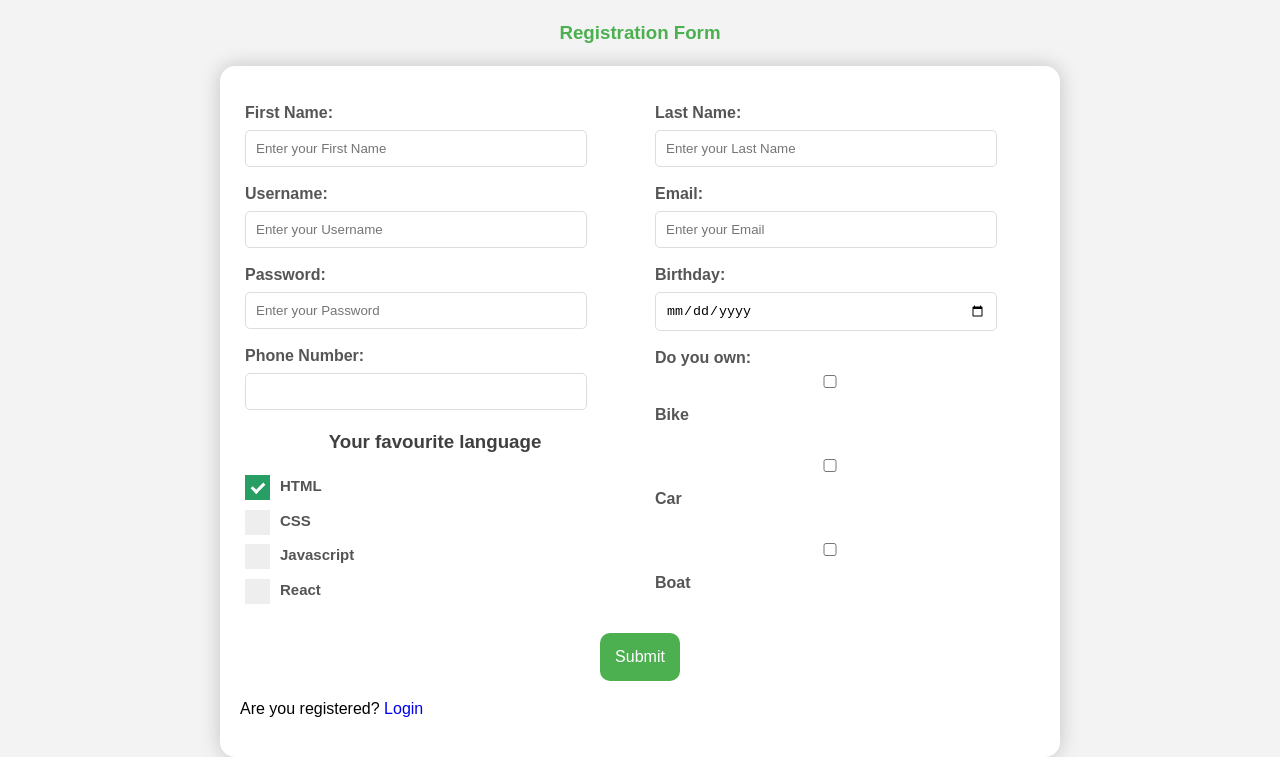
Repository: alizey12/Regestratin-Form-js
Page: regester.html
An editor plug-in stored every save of this project. The page is shown before and after a run of saves, followed by the edit.
The browser window is 1280 px wide. The pictures show the whole page.

Above is the page before, as saved 2024-11-29 18:49:14.

### regester.html
<!DOCTYPE html>
<html lang="en">
<head>
    <meta charset="UTF-8">
    <meta name="viewport" content="width=device-width, initial-scale=1.0">
    <link rel="stylesheet" href="regester.css">
    <title>Registration Form</title>
</head>
<body>
    <h3>Registration Form</h3>
    <div class="main">
        <form action="">
            <div class="grid-container">
                <div>
                    <label for="first">First Name:</label>
                    <input type="text" id="first" name="first" placeholder="Enter your First Name" required>

                    <label for="username">Username:</label>
                    <input type="text" id="username" name="username" placeholder="Enter your Username" required>

                    <label for="password">Password:</label>
                    <input type="password" id="password" name="password" placeholder="Enter your Password" required>

                    <label for="quantity">Phone Number:</label>
                    <input type="number" id="quantity" name="quantity" min="1" max="15">

                    <h3 class="heading">Your favourite language</h3>
                    <label class="container">HTML
                        <input type="checkbox" checked="checked">
                        <span class="checkmark"></span>
                      </label>

                      <label class="container">CSS
                        <input type="checkbox">
                        <span class="checkmark"></span>
                      </label>

                      <label class="container">Javascript
                        <input type="checkbox">
                        <span class="checkmark"></span>
                      </label>

                      <label class="container">React
                        <input type="checkbox">
                        <span class="checkmark"></span>
                      </label>


                </div>
                <div>
                    <label for="second">Last Name:</label>
                    <input type="text" id="second" name="second" placeholder="Enter your Last Name" required>

                    <label for="email">Email:</label>
                    <input type="email" id="email" name="email" placeholder="Enter your Email" required>

                    <label for="birthday">Birthday:</label>
                    <input type="date" id="birthday" name="birthday">

                    <label>Do you own:</label>
                    <input type="checkbox" id="vehicle1" name="vehicle1" value="Bike">
                    <label for="vehicle1">Bike</label><br>
                    <input type="checkbox" id="vehicle2" name="vehicle2" value="Car">
                    <label for="vehicle2">Car</label><br>
                    <input type="checkbox" id="vehicle3" name="vehicle3" value="Boat">
                    <label for="vehicle3">Boat</label>
                </div>
            </div>
            <div class="wrap">
                <button type="submit">Submit</button>
            </div>
        </form>
        <p>Are you registered?
            <a href="signin.html" style="text-decoration: none;">Login</a>
        </p>
    </div>
</body>
</html>

### regester.css
body {
    display: flex;
    align-items: center;
    justify-content: center;
    font-family: sans-serif;
    line-height: 1.5;
    min-height: 100vh;
    background: #f3f3f3;
    flex-direction: column;
    margin: 0;
}

.main {
    background-color: #fff;
    border-radius: 15px;
    box-shadow: 0 0 20px rgba(0, 0, 0, 0.2);
    padding: 20px;
    transition: transform 0.2s;
    width: 800px;
}

h3 {
    color: #4CAF50;
    text-align: center;
}

label {
    display: block;
    margin-top: 10px;
    margin-bottom: 5px;
    text-align: left;
    color: #555;
    font-weight: bold;
}

input {
    display: block;
    width: 90%;
    margin-bottom: 15px;
    padding: 10px;
    box-sizing: border-box;
    border: 1px solid #ddd;
    border-radius: 5px;
}

button {
    padding: 15px;
    border-radius: 10px;
    margin-top: 15px;
    border: none;
    color: white;
    cursor: pointer;
    background-color: #4CAF50;
    font-size: 16px;
}

.wrap {
    display: flex;
    justify-content: center;
    align-items: center;
}

.grid-container {
    display: grid;

    grid-template-columns: 1fr 1fr;
    gap: 20px;
}

.grid-container div {
    padding: 5px;
}


/* Customize the label (the container) */
.container {
    display: block;
    position: relative;
    padding-left: 35px;
    margin-bottom: 12px;
    cursor: pointer;
    font-size: 15px;
    -webkit-user-select: none;
    -moz-user-select: none;
    -ms-user-select: none;
    user-select: none;
  }

  /* Hide the browser's default checkbox */
  .container input {
    position: absolute;
    opacity: 0;
    cursor: pointer;
    height: 0;
    width: 0;
  }
  .heading{
    color: rgb(65, 63, 63);
  }
  /* Create a custom checkbox */
  .checkmark {
    position: absolute;
    top: 0;
    left: 0;
    height: 25px;
    width: 25px;
    background-color: #eee;
  }

  /* On mouse-over, add a grey background color */
  .container:hover input ~ .checkmark {
    background-color: #ccc;
  }

  /* When the checkbox is checked, add a blue background */
  .container input:checked ~ .checkmark {
    background-color: #279e63;
  }

  /* Create the checkmark/indicator (hidden when not checked) */
  .checkmark:after {
    content: "";
    position: absolute;
    display: none;
  }

  /* Show the checkmark when checked */
  .container input:checked ~ .checkmark:after {
    display: block;
  }

  /* Style the checkmark/indicator */
  .container .checkmark:after {
    left: 9px;
    top: 5px;
    width: 5px;
    height: 10px;
    border: solid white;
    border-width: 0 3px 3px 0;
    -webkit-transform: rotate(45deg);
    -ms-transform: rotate(45deg);
    transform: rotate(45deg);
  }

After the next 4 saves:
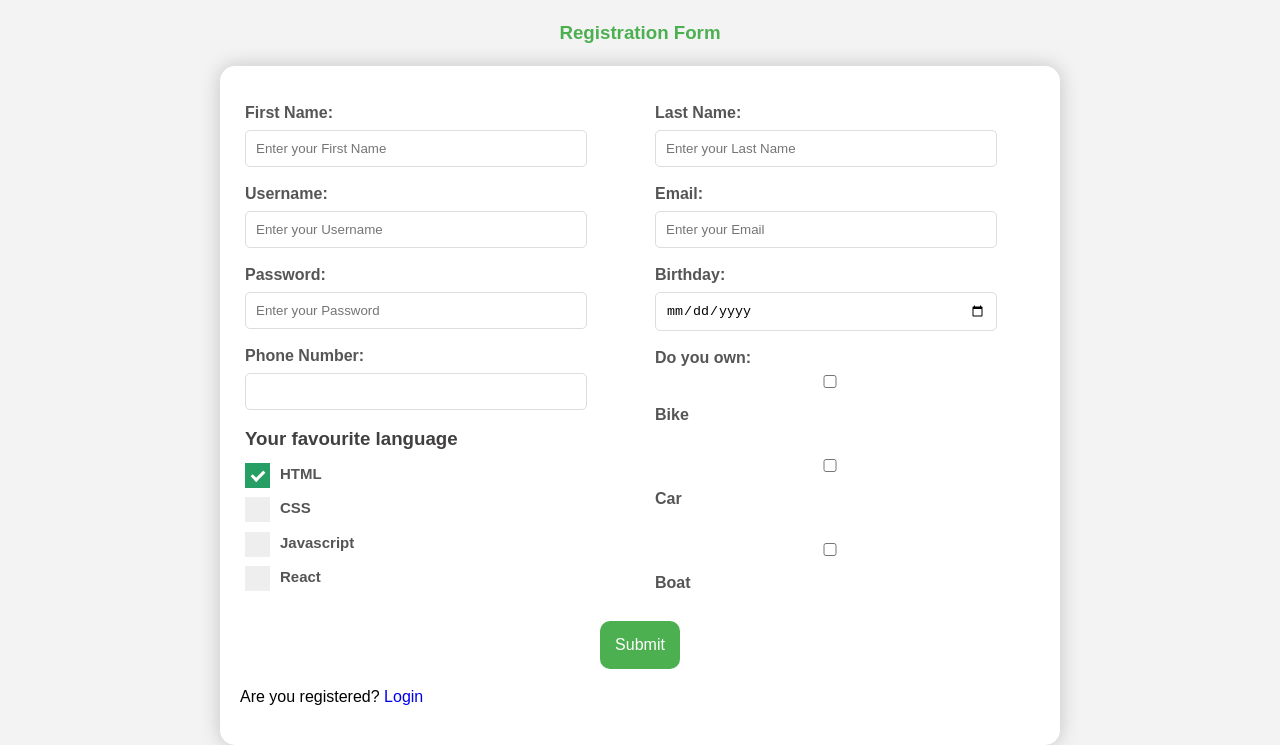
The 4 saves are shown as one change because they came seconds apart.
The last was saved 14 s later.
--- a/regester.css
+++ b/regester.css
@@ -96,6 +96,7 @@ button {
   }
   .heading{
     color: rgb(65, 63, 63);
+    display: contents;
   }
   /* Create a custom checkbox */
   .checkmark {

After the save that followed:
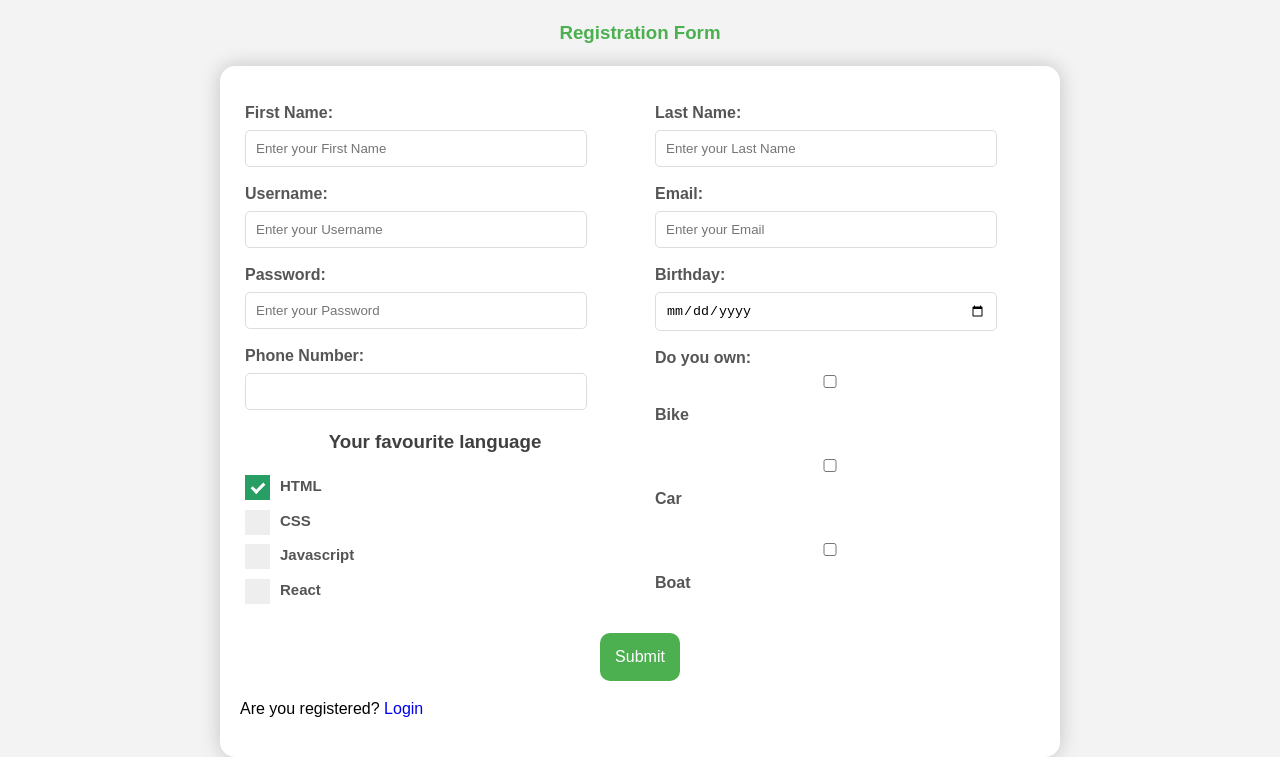
Saved 5 s later.
--- a/regester.css
+++ b/regester.css
@@ -96,7 +96,8 @@ button {
   }
   .heading{
     color: rgb(65, 63, 63);
-    display: contents;
+    display: contents
+    m;
   }
   /* Create a custom checkbox */
   .checkmark {
